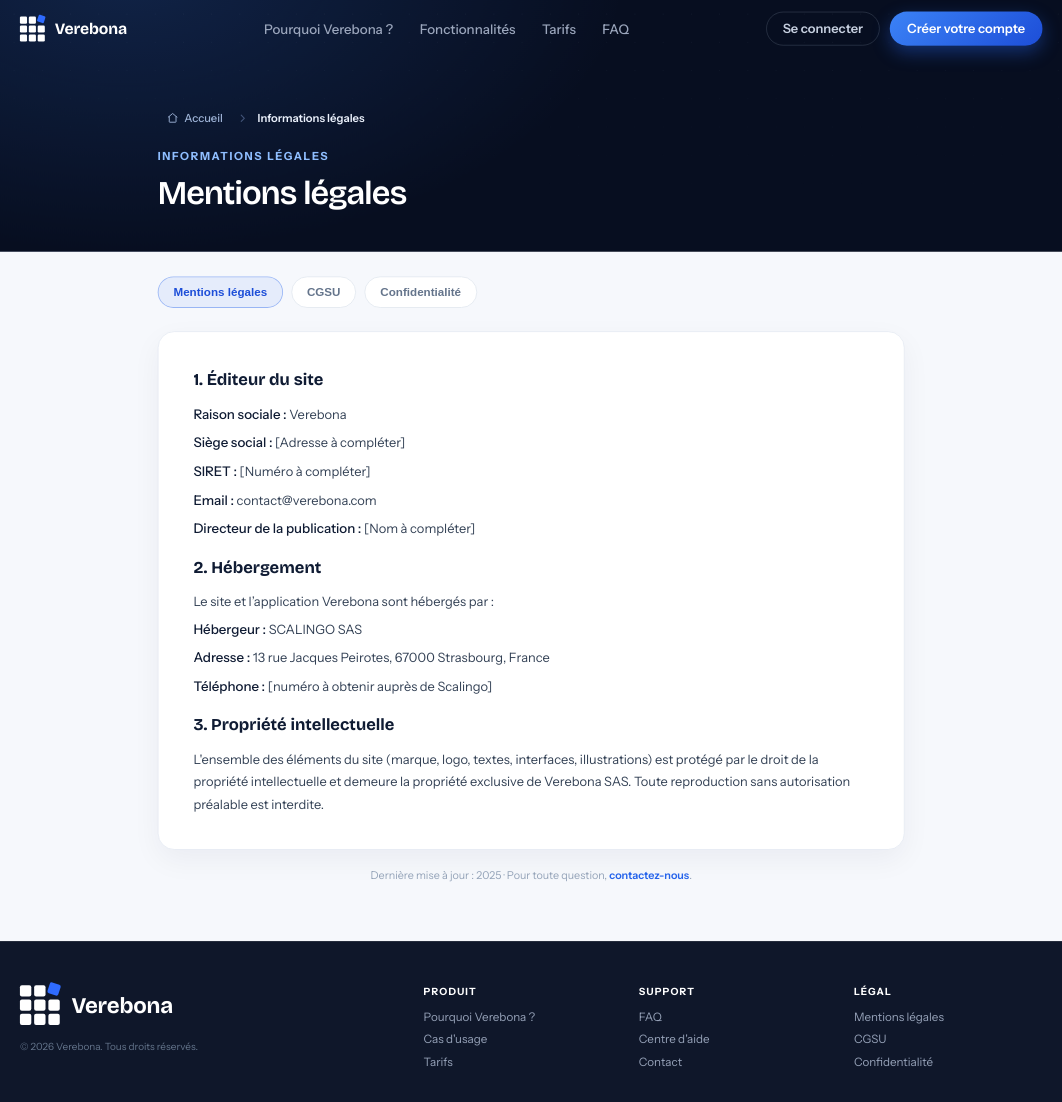
Repository: AdminVerebona/verebona-public
Page: /mentions-legales
The author's editor kept a copy of each file at every save. The page is drawn from the files as they stood at one save, then again after the next save.
The browser window is 1280 px wide. The pictures show the whole page, at 83% of full size.
The project was rebuilt for these pictures with package versions that can differ from the ones it lists, and the page was loaded fresh each time. Also part of the build but not shown: next.config.mjs, vite.config.js, vite.config.ts, src/composables/useLanding.ts, src/sections/HeroSection.vue, src/sections/WhySection.vue, src/sections/UseCasesSection.vue, src/sections/FeaturesSection.vue and 6 more.

Above is the page before, as saved 2026-07-10 15:15:39.

After the next save:
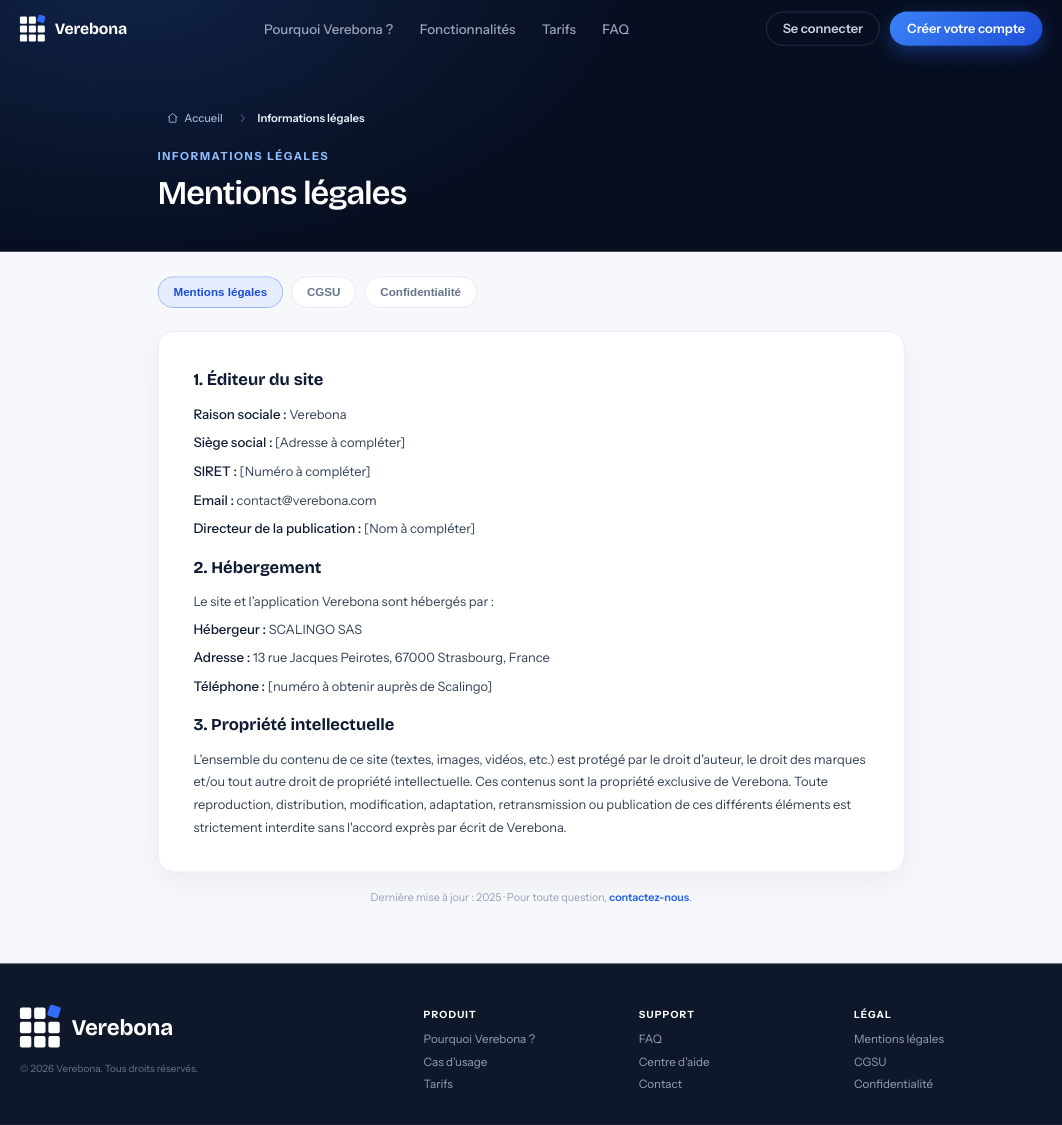
Saved 20 s later.
--- a/src/views/LegalView.vue
+++ b/src/views/LegalView.vue
@@ -29,7 +29,7 @@
           <p style="margin:0 0 6px"><span style="font-size:16px;font-weight:500;color:#0F1B33">Adresse :</span> 13 rue Jacques Peirotes, 67000 Strasbourg, France</p>
           <p style="margin:0 0 16px"><span style="font-size:16px;font-weight:500;color:#0F1B33">Téléphone :</span> [numéro à obtenir auprès de Scalingo]</p>
           <h2 style="font-size:20px;font-weight:700;color:#0F1B33;font-family:'Bricolage Grotesque',sans-serif;margin:0 0 10px">3. Propriété intellectuelle</h2>
-          <p style="margin:0">L'ensemble des éléments du site (marque, logo, textes, interfaces, illustrations) est protégé par le droit de la propriété intellectuelle et demeure la propriété exclusive de Verebona SAS. Toute reproduction sans autorisation préalable est interdite.</p>
+          <p style="margin:0">L'ensemble du contenu de ce site (textes, images, vidéos, etc.) est protégé par le droit d'auteur, le droit des marques et/ou tout autre droit de propriété intellectuelle. Ces contenus sont la propriété exclusive de Verebona. Toute reproduction, distribution, modification, adaptation, retransmission ou publication de ces différents éléments est strictement interdite sans l'accord exprès par écrit de Verebona.</p>
         </div>
       </template>
       <template v-if="isCGU">
